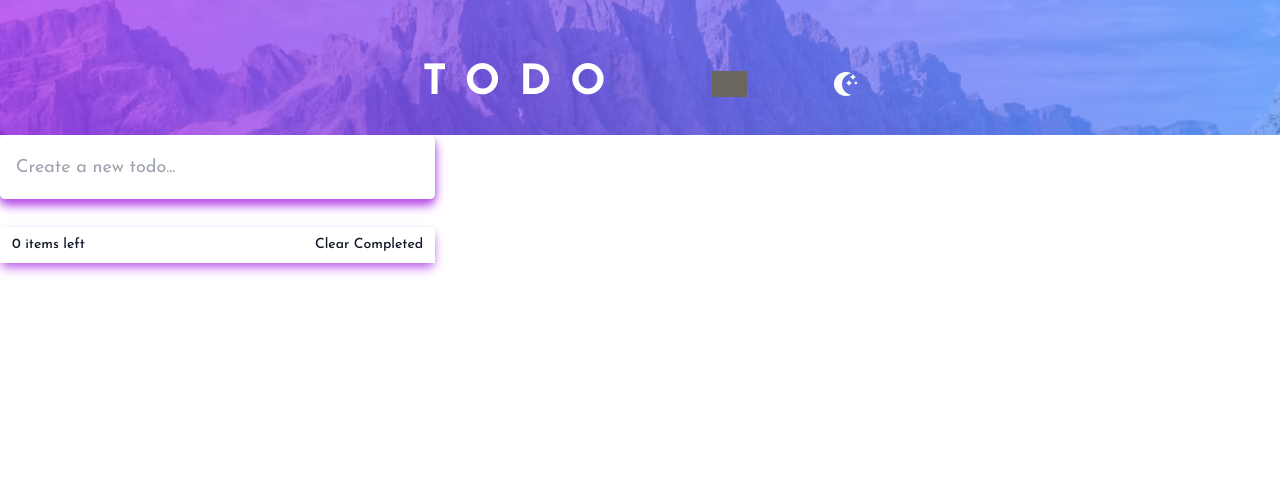
Repository: ikram-lisa/todo-list
Page: /
The author's editor kept a copy of each file at every save. The page is drawn from the files as they stood at one save, then again after the next save.
The browser window is 1280 px wide. The pictures show the whole page.
Pictures or frames that could not be fetched are drawn as grey boxes. The project was rebuilt for these pictures with package versions that can differ from the ones it lists, and the page was loaded fresh each time. Also part of the build but not shown: vite.config.js.

Above is the page before, as saved 2024-05-15 09:01:56.

After the next save:
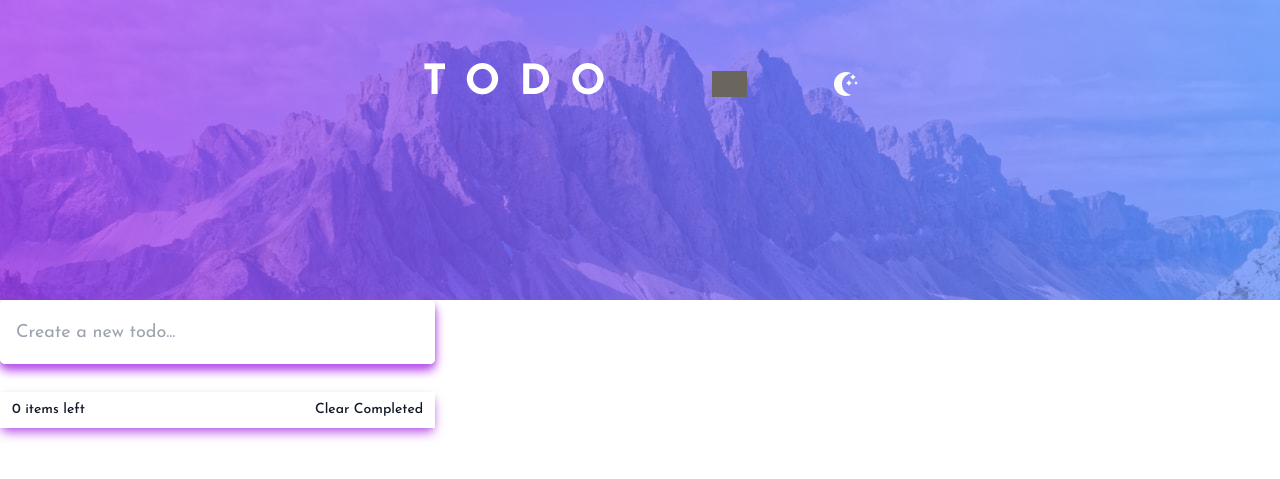
Saved 32 s later.
--- a/src/css/style.scss
+++ b/src/css/style.scss
@@ -20,7 +20,7 @@
   background-position: center;
   background-size: cover;
   overflow-x: hidden;
-
+  height: 300px;
   width: 100%;
 }
 

After the 2 saves that followed:
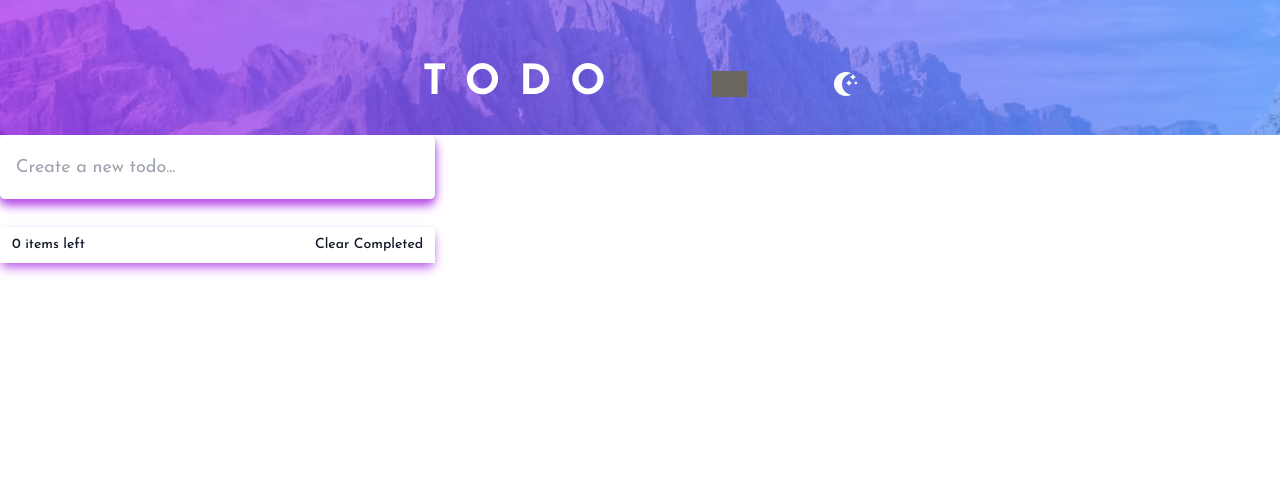
The 2 saves are shown as one change because 1 left the picture as it was.
The last was saved 42 s later.
--- a/src/css/style.scss
+++ b/src/css/style.scss
@@ -20,7 +20,6 @@
   background-position: center;
   background-size: cover;
   overflow-x: hidden;
-  height: 300px;
   width: 100%;
 }
 
